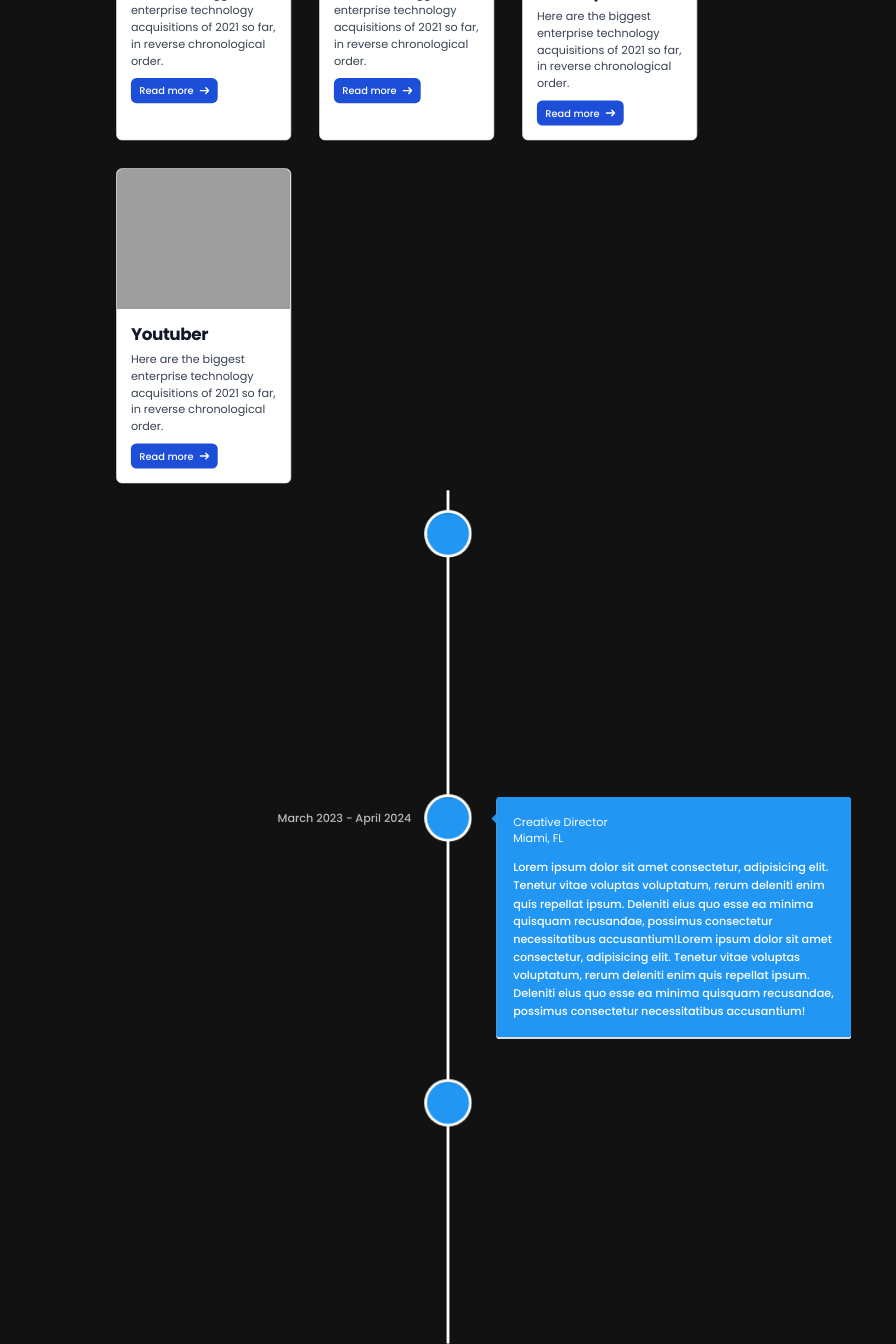
Repository: supakorn5039-boon/React-f
Page: /
The author's editor kept a copy of each file at every save. The page is drawn from the files as they stood at one save, then again after a run of saves.
The browser window is 1280 px wide. The pictures show the part of the page from y = 1368 to 3288 px (the page is 3288 px tall before and 3216 px after), at 70% of full size.
Pictures or frames that could not be fetched are drawn as grey boxes. The project was rebuilt for these pictures with package versions that can differ from the ones it lists, and the page was loaded fresh each time. Also part of the build but not shown: vite.config.js.

Above is the page before, as saved 2024-01-09 22:36:45.

After the next 2 saves:
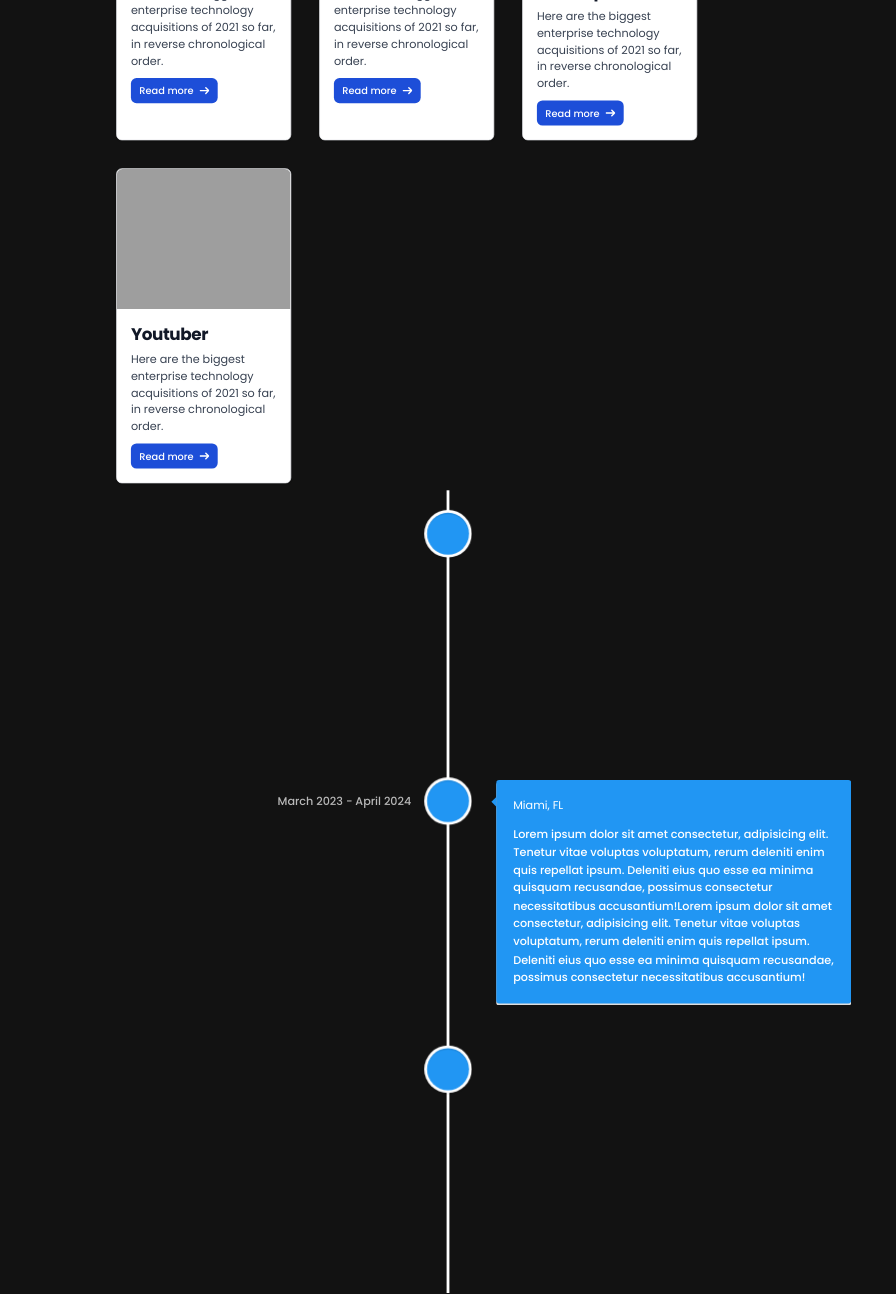
The 2 saves are shown as one change because they came seconds apart.
The last was saved 40 s later.
--- a/src/components/Experience.jsx
+++ b/src/components/Experience.jsx
@@ -16,7 +16,7 @@
       date={item.date}
       iconStyle={{ background: "rgb(33, 150, 243)", color: "#fff" }}
     >
-      <h3 className="vertical-timeline-element-title">Creative Director</h3>
+      <h3 className="vertical-timeline-element-title">{item.com}</h3>
       <h4 className="vertical-timeline-element-subtitle">Miami, FL</h4>
       <p>{item.points}</p>
     </VerticalTimelineElement>

After the save that followed:
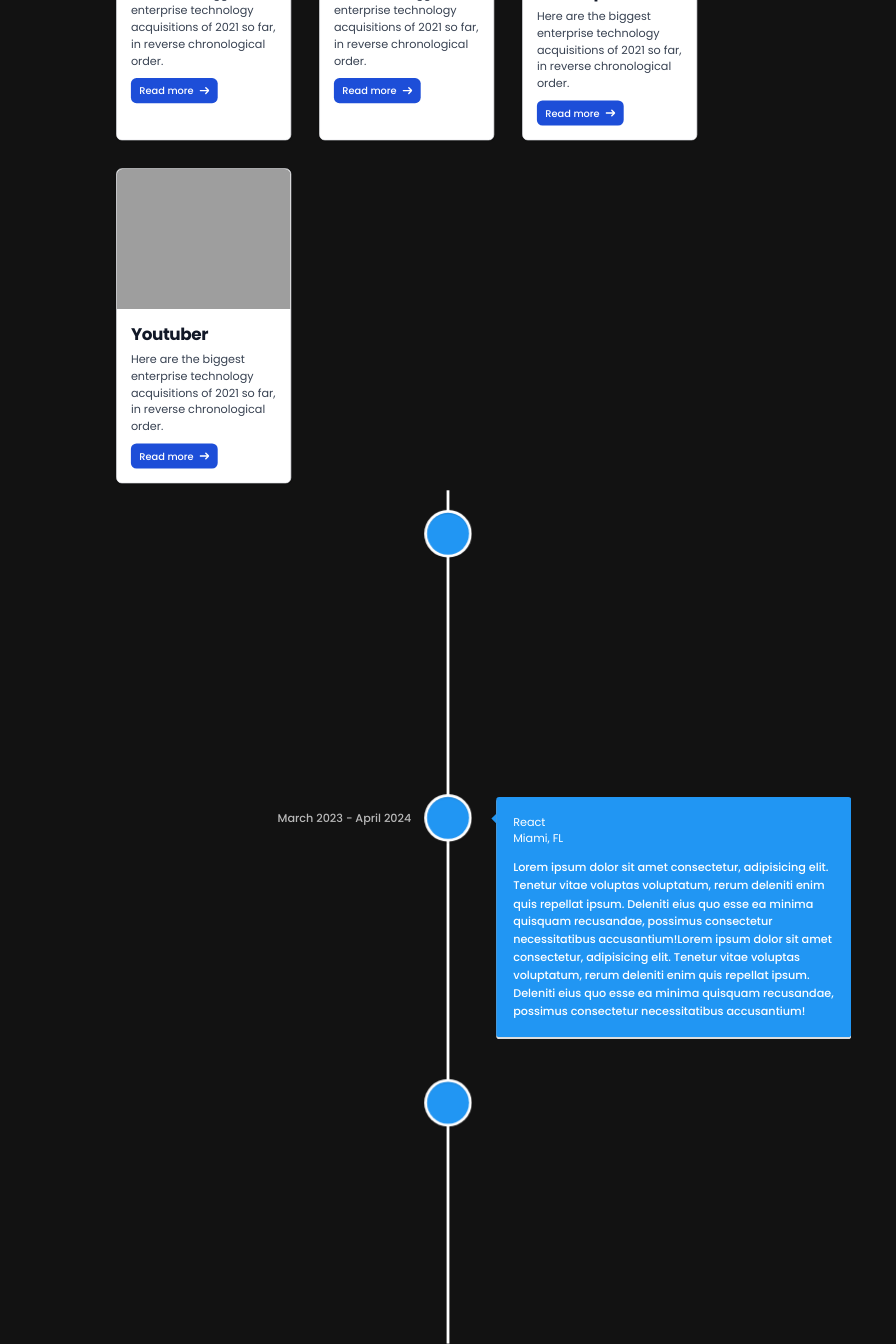
Saved 6 s later.
--- a/src/components/Experience.jsx
+++ b/src/components/Experience.jsx
@@ -16,7 +16,7 @@
       date={item.date}
       iconStyle={{ background: "rgb(33, 150, 243)", color: "#fff" }}
     >
-      <h3 className="vertical-timeline-element-title">{item.com}</h3>
+      <h3 className="vertical-timeline-element-title">{item.title}</h3>
       <h4 className="vertical-timeline-element-subtitle">Miami, FL</h4>
       <p>{item.points}</p>
     </VerticalTimelineElement>
